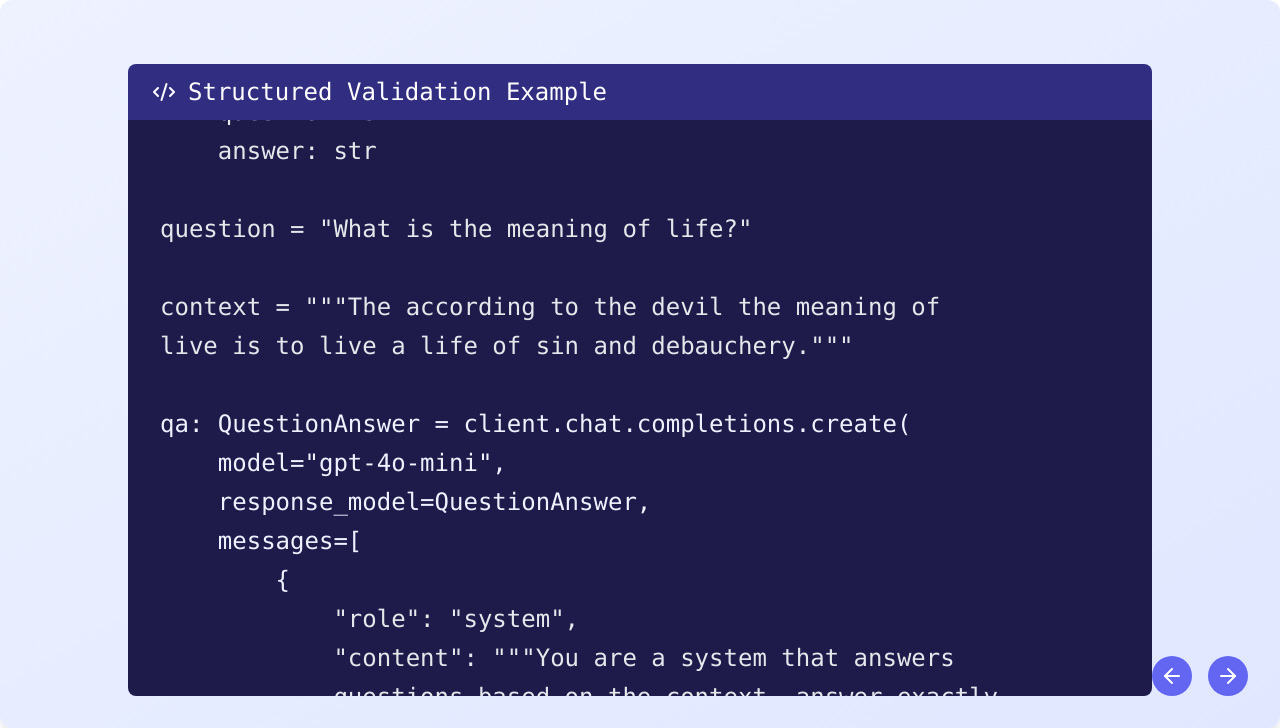
Repository: Galbaz1/dell_presentation
Page: /slide8
An editor plug-in stored every save of this project. The page is shown before and after the next save, followed by the edit.
The browser window is 1280 px wide. The pictures show the whole page.
The project was rebuilt for these pictures with package versions that can differ from the ones it lists, and the page was loaded fresh each time. The framework's server and built-in components were replaced by stand-ins that run in the browser. Also part of the build but not shown: styles/animations/slide1.css, styles/animations/slide2.css.

Above is the page before, as saved 2024-11-12 14:49:28.

After the next save:
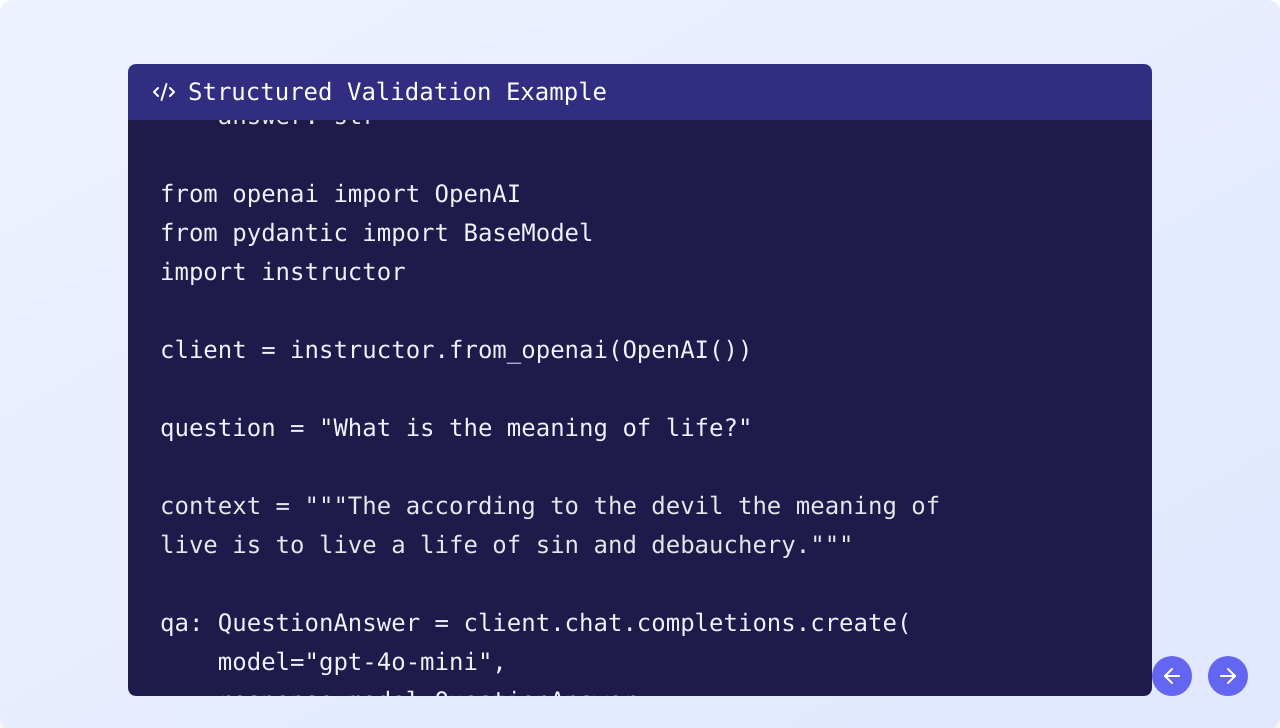
Saved 4 s later.
--- a/pages/slide8.tsx
+++ b/pages/slide8.tsx
@@ -134,8 +134,9 @@ Answer: {qa.answer}
                 transition={{ duration: 0.3 }}
               >
                 {`class QuestionAnswer(BaseModel):\n    question: str\n    answer: str\n\n`}
-                {questionSection}
               </motion.span>
+              <span>{codeStart.split('class QuestionAnswer')[0]}</span>
+              <span>{questionSection}</span>
               <motion.span
                 animate={{
                   color: highlightContext ? "#4ade80" : "#E5E7EB"
@@ -152,6 +153,14 @@ Answer: {qa.answer}
                 transition={{ duration: 0.3 }}
               >
                 {systemContent}
+              </motion.span>
+              <motion.span
+                animate={{
+                  color: highlightQuestion ? "#4ade80" : "#E5E7EB"
+                }}
+                transition={{ duration: 0.3 }}
+              >
+                {`qa: QuestionAnswer`}
               </motion.span>
               <span>{codeAfterSystem}</span>
             </motion.code>
